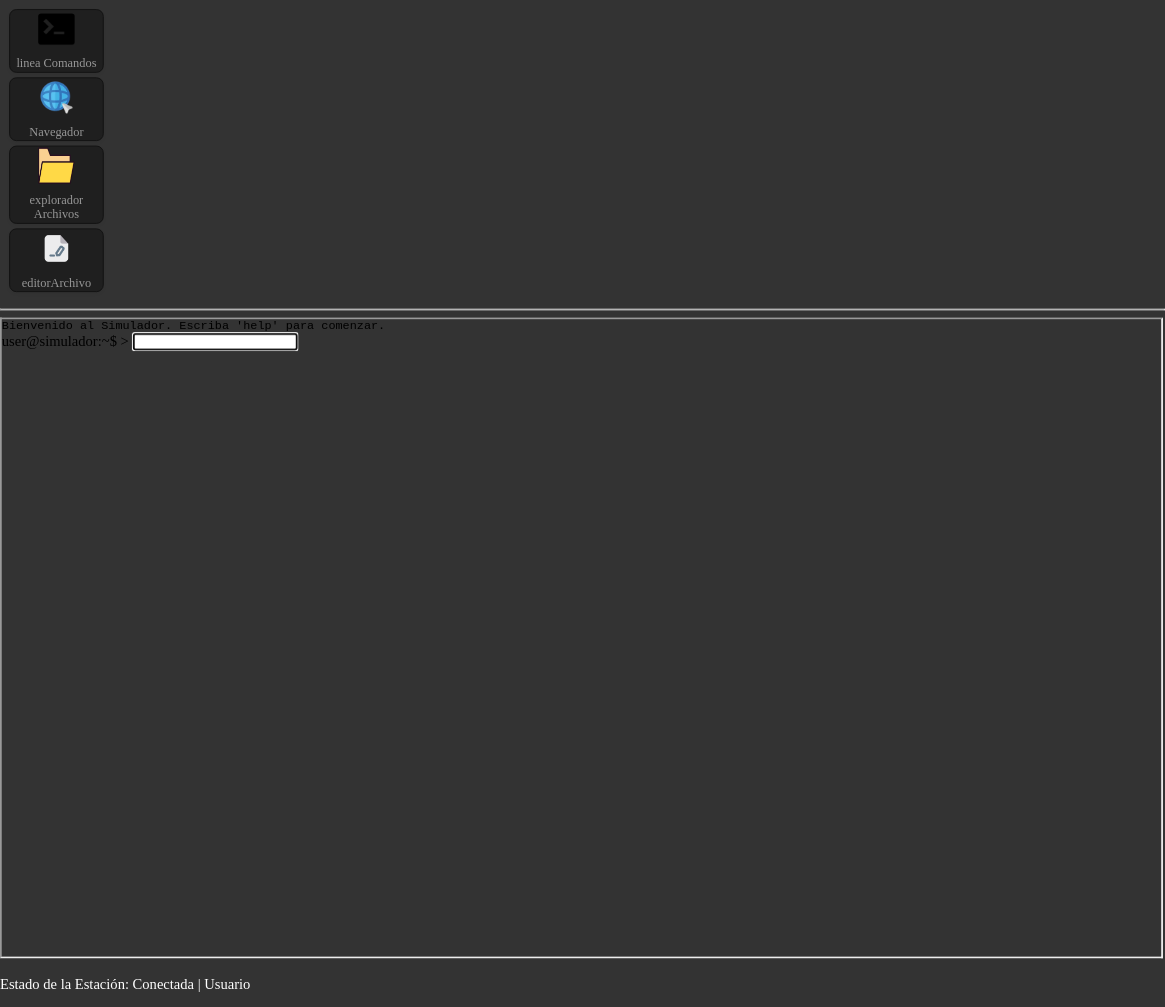
Repository: ValdezGalia/ProgramacionWebUcab
Page: lan-01.html
The author's editor kept a copy of each file at every save. The page is drawn from the files as they stood at one save, then again after the next save.
The browser window is 1280 px wide. The pictures show the whole page, at 91% of full size.

Above is the page before, as saved 2025-11-13 16:44:25.

### lan-01.html
<!DOCTYPE html>
<html lang="es">

<head>
    <meta charset="UTF-8">
    <meta name="viewport" content="width=device-width, initial-scale=1.0">
    <meta name="author" content="Orlando Valdez / Jenry Youssef / Oscar Torres">
    <link rel="stylesheet" href="/style/lan-01.css">
    <title>NetOps Workstation: Estación de Trabajo</title>
</head>

<body>
    <main id="workstation-container">

        <nav id="app-navigation" aria-label="Aplicaciones de la estación de trabajo">
            <ul id="app-list">
                <li><a href="#" data-tool="lineaComandos"><img src="assets/img/terminal.png" class="app-icon" alt="lineaComandos"><span>linea Comandos</span></a></li>
                <li><a href="#" data-tool="navegador"><img src="assets/img/navweb.png" class="app-icon" alt="Navegador"><span>Navegador</span></a></li>
                <li><a href="#" data-tool="exploradorArchivos"><img src="assets/img/exploarch.png" class="app-icon" alt="exploradorArchivos"><span>explorador Archivos</span></a></li>
                <li><a href="#" data-tool="editorArchivo"><img src="assets/img/editArchivo.png" class="app-icon" alt="editorArchivo"><span>editorArchivo</span></a></li>
            </ul>
        </nav>

        <hr>
        <!-- Contenedor de herramientas de forma dinamica y sostenible -->
        <section id="application-display">
            <iframe id="tool-iframe" src="pages/lineaComandos.html" sandbox="allow-scripts allow-same-origin"
                title="Aplicación interactiva" width="99.5%" height="700px"></iframe>
        </section>

    </main>

    <footer aria-label="Estado y Diagnóstico">
        <p>Estado de la Estación: Conectada | <span class="user">Usuario</span></p>
    </footer>

    <script>
        document.addEventListener('DOMContentLoaded', () => {
            const iframe = document.getElementById('tool-iframe');
            const navLinks = document.querySelectorAll('#app-list a');

            navLinks.forEach(link => {
                link.addEventListener('click', (event) => {
                    debugger
                    event.preventDefault();

                    const toolName = event.target.dataset.tool;
                    const newSrc = `pages/${toolName}.html`;

                    iframe.src = newSrc;

                    /*Esto aun no hace nada ya que aun no se implementa la logica que distige la clase active*/
                    navLinks.forEach(navLink => navLink.classList.remove('active'));
                    event.target.classList.add('active');
                });
            });
        });
    </script>

</body>

</html>

### style/lan-01.css
html, body{
    padding: 0px;
    margin: 0px;
    background-color: #333;
    color: white
}

nav ul{
    margin: 0;
    padding: 5px;
}

nav ul li{
    list-style: none;
}

nav ul li a {
    display: flex;
    flex-direction: column;
    justify-content: center;
    align-items: center;
    text-decoration: none;
    color: #979797;
    background-color: #1f1f1f;
    padding: 1px;
    margin: 5px;
    border: 1px solid #111111;
    border-radius: 8px;
    box-shadow: 0 2px 4px rgba(0, 0, 0, 0.05);
    transition: all 0.2s ease;
    width: 100px;
    text-align: center;
}

nav ul li a .app-icon {
    width: 40px;
    height: 40px;
    margin-bottom: 5px;
    border: none;
}

nav ul li a span {
    font-size: 0.85em;
    font-weight: 500;
    margin-top: 5px;
    color: #979797;
}

nav ul li a:hover {
    background-color: #e0e0e0;
    border-color: #a0a0a0;
    box-shadow: 0 4px 8px rgba(0, 0, 0, 0.1);
    transform: scale(1.02);
}

### pages/lineaComandos.html
<!DOCTYPE html>
<html lang="es">
<head>
    <meta charset="UTF-8">
    <meta name="viewport" content="width=device-width, initial-scale=1.0">
    <meta name="description" content="Un linea de comandos (CLI) basada en diseño de la de linux">
    <link rel="stylesheet" href="/style/commandline.css">
    <title>Linea de comandos</title>
</head>
<body>
    <div id="terminal-window">
        <pre id="terminal-output">Bienvenido al Simulador. Escriba 'help' para comenzar.</pre>

        <div id="command-line">
            <span id="prompt">user@simulador:~$ > </span>
            <input type="text" id="command-input" autofocus>
        </div>
    </div>
</body>
</html>

### style/commandline.css
* {
    margin: 0px;
    padding: 0px;
}

html, body{
    margin: 0;
    padding: 0;
    width: 100%;
    height: 100%;
    overflow: hidden;
    background-color: #333;
}

textarea{
    display: block;
    display: block;
    width: 100%;
    height: 100%;
    box-sizing: border-box;
    border: none;
    outline: none;
    resize: none;
    font-family: monospace;
    padding: 10px;
    background-color: #2036;
    color: white;
}

After the next save:
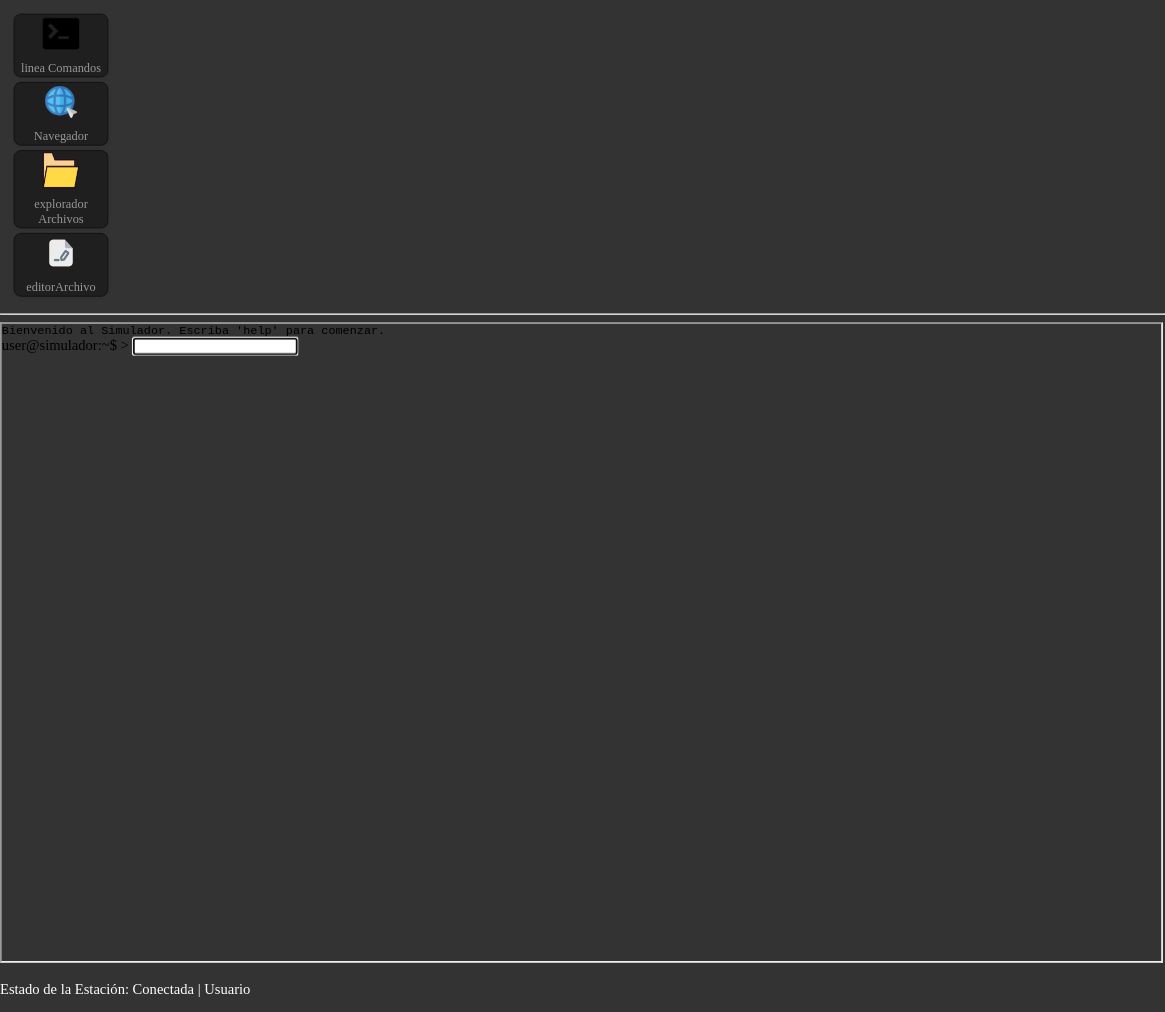
Saved 6 s later.
--- a/style/lan-01.css
+++ b/style/lan-01.css
@@ -6,7 +6,7 @@ html, body{
 }
 
 nav ul{
-    margin: 0;
+    margin: 5px;
     padding: 5px;
 }
 
